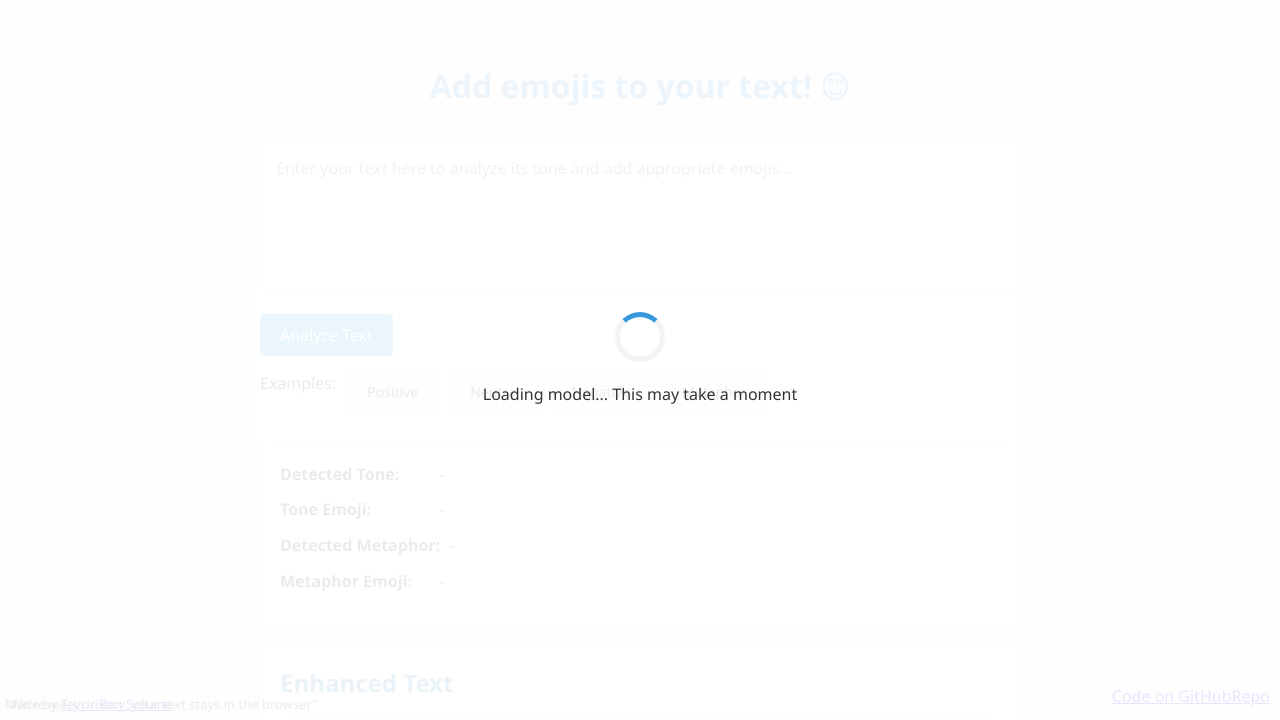
Repository: Teycir/emojiadder
Page: index.html
An editor plug-in stored every save of this project. The page is shown before and after the next save, followed by the edit.
The browser window is 1280 px wide. The pictures show the window.
A layer covers the whole window, so only the first screen is drawn.

Above is the page before, as saved 2025-03-23 12:01:01.

After the next save:
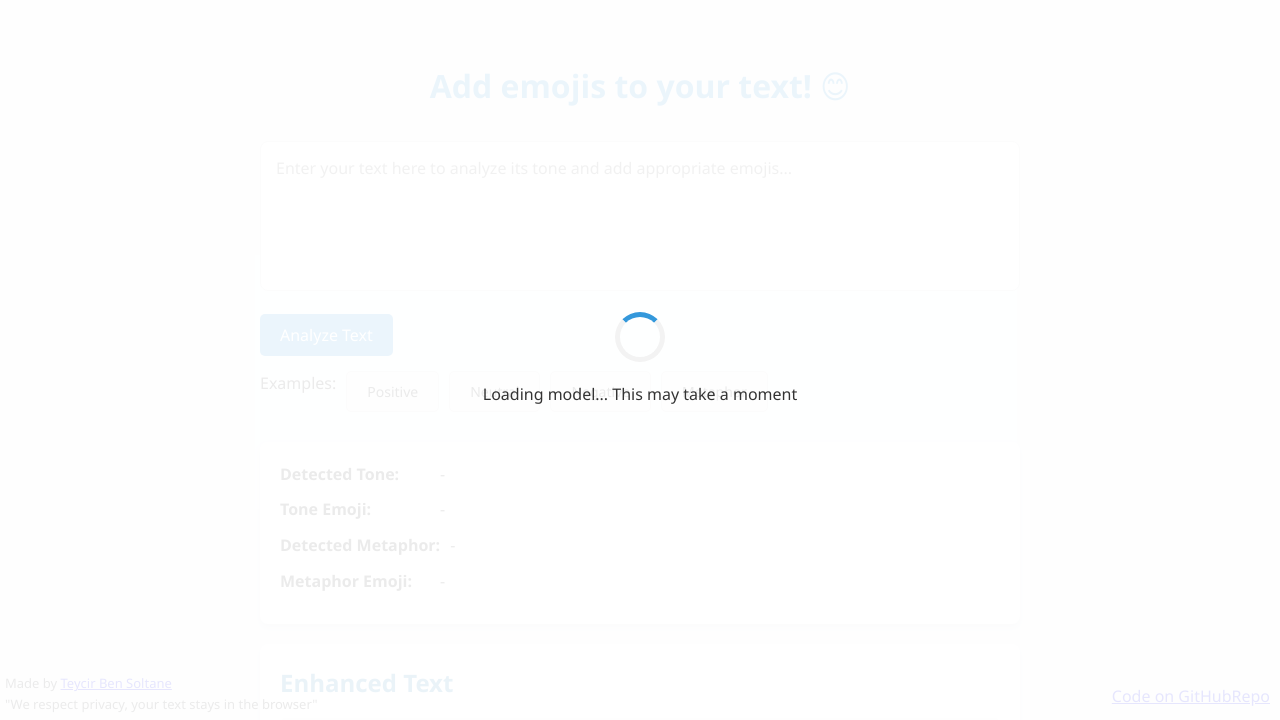
Saved 83 s later.
--- a/index.html
+++ b/index.html
@@ -57,12 +57,13 @@
     <!-- Note the type="module" to use ES modules (modules are deferred by default) -->
     <script type="module" src="./script.js"></script>
 <div style="position: fixed; bottom: 0; left: 0; font-size: small; margin: 5px;">
-  Made by <a href="https://www.teycirbensoltane.tn">Teycir Ben Soltane</a>
+  Made by <a href="https://www.teycirbensoltane.tn">Teycir Ben Soltane</a><br>
+  "We respect privacy, your text stays in the browser"
 </div>
 <a href="https://github.com/Teycir/emojiadder" style="position: fixed; bottom: 10px; right: 10px;">Code on GitHubRepo</a>
 
-<div style="position: fixed; bottom: 0; center: 0; font-size: small; margin: 5px;">
-    "We respect privacy, your text stays in the browser"
+
+
   </div>
 </body>
 </html>
